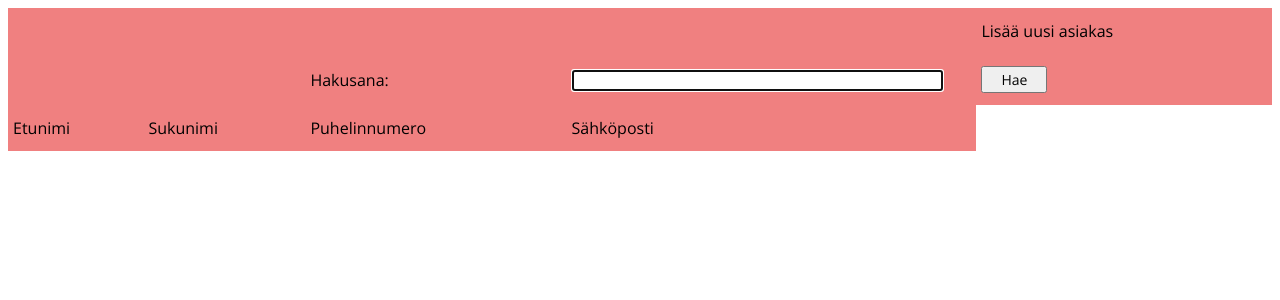
Repository: helijoas/etat7
Page: http://localhost/Asiakkaat/listaaasiakkaat.jsp
An editor plug-in stored every save of this project. The page is shown before and after the next save, followed by the edit.
The browser window is 1280 px wide. The pictures show the whole page.
The page is served by Tomcat 9. Other server files are loaded and not shown.

Above is the page before, as saved 2020-05-03 15:07:33.

### Asiakkaat/WebContent/listaaasiakkaat.jsp
<%@ page language="java" contentType="text/html; charset=UTF-8"
    pageEncoding="UTF-8"%>
<!DOCTYPE html>
<html>
<head>
<meta charset="UTF-8">
<link rel="stylesheet" type="text/css" href="css/main.css">
<link href="https://fonts.googleapis.com/css2?family=Open+Sans:wght@300&display=swap" rel="stylesheet">
<script src="https://ajax.googleapis.com/ajax/libs/jquery/3.4.1/jquery.min.js"></script>
<title>Asiakkaat</title>
</head>
<body>
<table id="listaus">
	<thead>
		<tr>
			<th colspan="4"></th>
			<th><span id="uusiAsiakas">Lisää uusi asiakas</span></th>
		</tr>
		<tr>
			<th colspan="2"></th>
			<th class="oikealle">Hakusana:</th>
			<th><input type="text" id="hakusana"></th>
			<th><input type="button" value="Hae" id="hakunappi"></th>
		</tr>
		<tr>
			<th>Etunimi</th>
			<th>Sukunimi</th>
			<th>Puhelinnumero</th>
			<th>Sähköposti</th>
		</tr>
	</thead>
	<tbody>
	</tbody>
</table>
<script>
$(document).ready(function(){

	$("#uusiAsiakas").click(function(){
		document.location="lisaaasiakas.jsp";
	});

	haeAsiakkaat();
	$("#hakunappi").click(function(){
		haeAsiakkaat();
	});
	$(document.body).on("keydown", function(event){
		if(event.which==13){ //13=enter, suorittaa haun
			haeAsiakkaat();
		}
	});
	$("#hakusana").focus(); //kursori valmiiksi hakusana-kentässä kun sivu latautuu
});

function haeAsiakkaat(){
	$("#listaus tbody").empty();
	$.ajax({url:"asiakkaat/"+$("#hakusana").val(), type:"GET", dataType:"json", success:function(result){
		$.each(result.asiakkaat, function(i, field){
			var htmlStr;
			htmlStr+="<tr>";
			htmlStr+="<td>"+field.etunimi+"</td>";
			htmlStr+="<td>"+field.sukunimi+"</td>";
			htmlStr+="<td>"+field.puhelin+"</td>";
			htmlStr+="<td>"+field.sposti+"</td>";
			htmlStr+="</tr>";
			$("#listaus tbody").append(htmlStr);
		});
	}});
};

</script>
</body>
</html>

### Asiakkaat/WebContent/css/main.css
body {
	font-family: 'Open Sans', sans-serif;
}

table {
  width: 100%;
  border-collapse: collapse;
}

tr:nth-child(even) {
	background-color: #f2f2f2;
}

th, td {
	padding-left: 5px;
}

.oikealle{
	text-align: right;
}

#hakusana {
	width: 90%;
}

#listaus th, #tiedot th {
  padding-top: 12px;
  padding-bottom: 12px;
  text-align: left;
  font-weight: normal;
  background-color: #F08080;
  color: black;
}

#hakunappi, #tallenna {
	font-family: 'Open Sans', sans-serif;
	font-size: 14px;
	padding: 2px 18px;
}

#takaisin, #uusiAsiakas {
	cursor: pointer;
}

### Asiakkaat/src/control/Asiakkaat.java
package control;

import java.io.IOException;
import java.io.PrintWriter;
import java.util.ArrayList;

import javax.servlet.ServletException;
import javax.servlet.annotation.WebServlet;
import javax.servlet.http.HttpServlet;
import javax.servlet.http.HttpServletRequest;
import javax.servlet.http.HttpServletResponse;

import org.json.JSONObject;

import model.Asiakas;
import model.dao.Dao;


@WebServlet("/asiakkaat/*")
public class Asiakkaat extends HttpServlet {
	private static final long serialVersionUID = 1L;


    public Asiakkaat() {
        super();
        System.out.println("Asiakkaat.Asiakkaat()");
    }

	protected void doGet(HttpServletRequest request, HttpServletResponse response) throws ServletException, IOException {
		System.out.println("Asiakkaat.doGet()");
		String pathInfo = request.getPathInfo(); //haetaan kutsun polkutiedot
		System.out.println("polku: " + pathInfo);
		String hakusana = pathInfo.replace("/", "");
		Dao dao = new Dao();
		ArrayList<Asiakas> asiakkaat = dao.listaaKaikki(hakusana);
		System.out.println(asiakkaat);
		String strJSON = new JSONObject().put("asiakkaat", asiakkaat).toString();
		response.setContentType("application/json");
		PrintWriter out = response.getWriter();
		out.println(strJSON);
	}

	protected void doPost(HttpServletRequest request, HttpServletResponse response) throws ServletException, IOException {
		System.out.println("Asiakkaat.doPost()");
		JSONObject jsonObj = new JsonStrToObj().convert(request);
		Asiakas asiakas = new Asiakas();
		asiakas.setEtunimi(jsonObj.getString("etunimi"));
		asiakas.setSukunimi(jsonObj.getString("sukunimi"));
		asiakas.setPuhelin(jsonObj.getString("puhelin"));
		asiakas.setSposti(jsonObj.getString("sposti"));
		response.setContentType("application/json");
		PrintWriter out = response.getWriter();
		Dao dao = new Dao();
		if(dao.lisaaAsiakas(asiakas)) {
			out.println("{\"response\":1}");
		}else {
			out.println("{\"response\":0}");
		}
	}

	protected void doPut(HttpServletRequest request, HttpServletResponse response) throws ServletException, IOException {
		System.out.println("Asiakkaat.doPut()");
	}

	protected void doDelete(HttpServletRequest request, HttpServletResponse response) throws ServletException, IOException {
		System.out.println("Asiakkaat.doDelete()");
	}

}

### Asiakkaat/src/model/dao/Dao.java
package model.dao;

import java.sql.Connection;
import java.sql.DriverManager;
import java.sql.PreparedStatement;
import java.sql.ResultSet;
import java.util.ArrayList;
import model.Asiakas;

public class Dao {
	private Connection con = null;
	private ResultSet rs = null;
	private PreparedStatement stmtPrep = null;
	private String sql;
	private String db = "Myynti.sqlite";

	private Connection yhdista() {
		Connection con = null;
		String path = System.getProperty("catalina.base");
		path = path.substring(0, path.indexOf(".metadata")).replace("\\", "/");
		String url = "jdbc:sqlite:"+path+db;
		try {
			Class.forName("org.sqlite.JDBC");
			con = DriverManager.getConnection(url);
			System.out.println("Yhteys avattu.");
		} catch (Exception e) {
			System.out.println("Yhteyden avaus epäonnistui.");
			e.printStackTrace();
		}
		return con;
	}

public ArrayList<Asiakas> listaaKaikki(){
	ArrayList<Asiakas> asiakkaat = new ArrayList<Asiakas>();
	sql = "SELECT * FROM asiakkaat";
	try {
		con = yhdista();
		if(con!=null) {
			stmtPrep = con.prepareStatement(sql);
			rs = stmtPrep.executeQuery();
			if(rs!=null) {
				while(rs.next()) {
					Asiakas asiakas = new Asiakas();
					asiakas.setAsiakas_id(rs.getInt(1));
					asiakas.setEtunimi(rs.getString(2));
					asiakas.setSukunimi(rs.getString(3));
					asiakas.setPuhelin(rs.getString(4));
					asiakas.setSposti(rs.getString(5));
					asiakkaat.add(asiakas);
				}
			}
		}
		con.close();
	} catch(Exception e) {
		e.printStackTrace();
	}
	return asiakkaat;
}

public ArrayList<Asiakas> listaaKaikki(String hakusana){
	ArrayList<Asiakas> asiakkaat = new ArrayList<Asiakas>();
	sql = "SELECT * FROM asiakkaat WHERE etunimi LIKE ? or sukunimi LIKE ? or puhelin LIKE ? or sposti LIKE ?";
	try {
		con = yhdista();
		if(con!=null) {
			stmtPrep = con.prepareStatement(sql);
			stmtPrep.setString(1, "%" + hakusana + "%");
			stmtPrep.setString(2, "%" + hakusana + "%");
			stmtPrep.setString(3, "%" + hakusana + "%");
			stmtPrep.setString(4, "%" + hakusana + "%");
			rs = stmtPrep.executeQuery();
			if(rs!=null) {
				while(rs.next()) {
					Asiakas asiakas = new Asiakas();
					asiakas.setAsiakas_id(rs.getInt(1));
					asiakas.setEtunimi(rs.getString(2));
					asiakas.setSukunimi(rs.getString(3));
					asiakas.setPuhelin(rs.getString(4));
					asiakas.setSposti(rs.getString(5));
					asiakkaat.add(asiakas);
				}
			}
		}
		con.close();
	} catch(Exception e) {
		e.printStackTrace();
	}
	return asiakkaat;
}

public boolean lisaaAsiakas(Asiakas asiakas) {
	boolean paluuArvo=true;
	sql="INSERT INTO asiakas (etunimi, sukunimi, puhelin, sposti) VALUES(?,?,?,?)";
	try {
		con = yhdista();
		stmtPrep = con.prepareStatement(sql);
		stmtPrep.setString(1, asiakas.getEtunimi());
		stmtPrep.setString(2, asiakas.getSukunimi());
		stmtPrep.setString(3, asiakas.getPuhelin());
		stmtPrep.setString(4, asiakas.getSposti());
		stmtPrep.executeUpdate();
		con.close();
	} catch (Exception e) {
		e.printStackTrace();
		paluuArvo=false;
	}
	return paluuArvo;
}
}

After the next save:
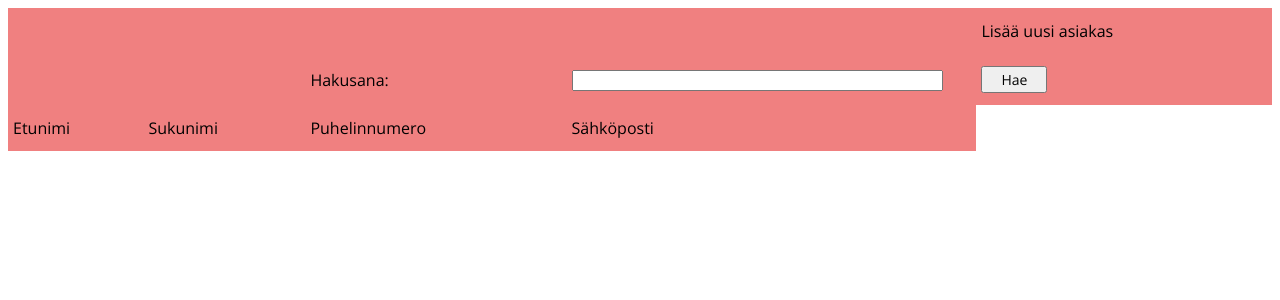
Console error: SyntaxError: Unexpected identifier 'Poista'
Saved 64 s later.
--- a/Asiakkaat/WebContent/listaaasiakkaat.jsp
+++ b/Asiakkaat/WebContent/listaaasiakkaat.jsp
@@ -61,6 +61,7 @@
 			htmlStr+="<td>"+field.sukunimi+"</td>";
 			htmlStr+="<td>"+field.puhelin+"</td>";
 			htmlStr+="<td>"+field.sposti+"</td>";
+			htmlStr+="<td>"Poista"</td>;
 			htmlStr+="</tr>";
 			$("#listaus tbody").append(htmlStr);
 		});

After the 2 saves that followed:
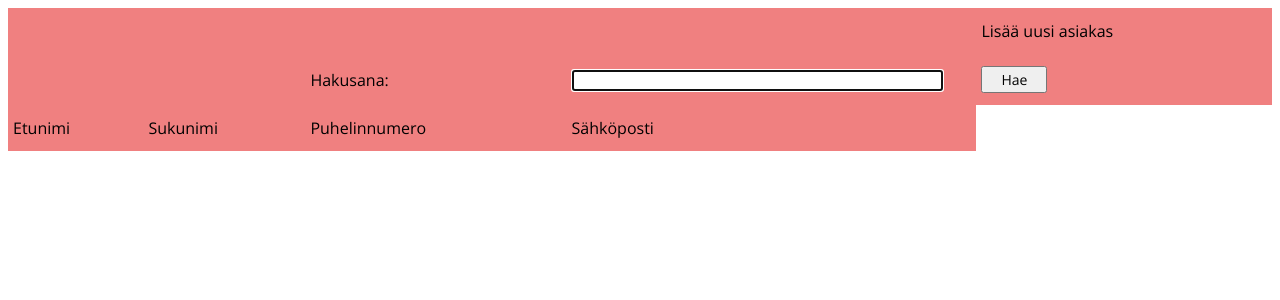
The error is gone.
The 2 saves are shown as one change because 1 left the picture as it was.
The last was saved 76 s later.
--- a/Asiakkaat/WebContent/listaaasiakkaat.jsp
+++ b/Asiakkaat/WebContent/listaaasiakkaat.jsp
@@ -61,7 +61,6 @@
 			htmlStr+="<td>"+field.sukunimi+"</td>";
 			htmlStr+="<td>"+field.puhelin+"</td>";
 			htmlStr+="<td>"+field.sposti+"</td>";
-			htmlStr+="<td>"Poista"</td>;
 			htmlStr+="</tr>";
 			$("#listaus tbody").append(htmlStr);
 		});
